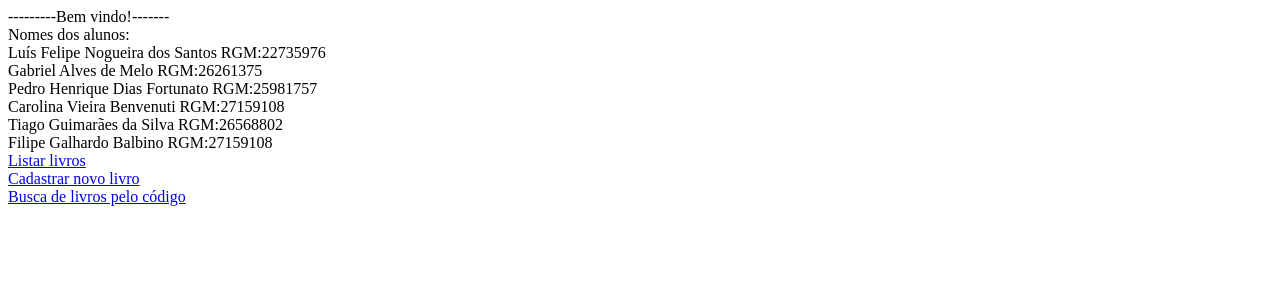
Repository: pedro202100/sistema-de-livros
Page: http://localhost/ProjetoLivrariaClienteServidor/
The author's editor kept a copy of each file at every save. The page is drawn from the files as they stood at one save, then again after the next save.
The browser window is 1280 px wide. The pictures show the whole page.
The page is served by Tomcat 9.

Above is the page before, as saved 2022-11-07 01:40:10.

After the next save:
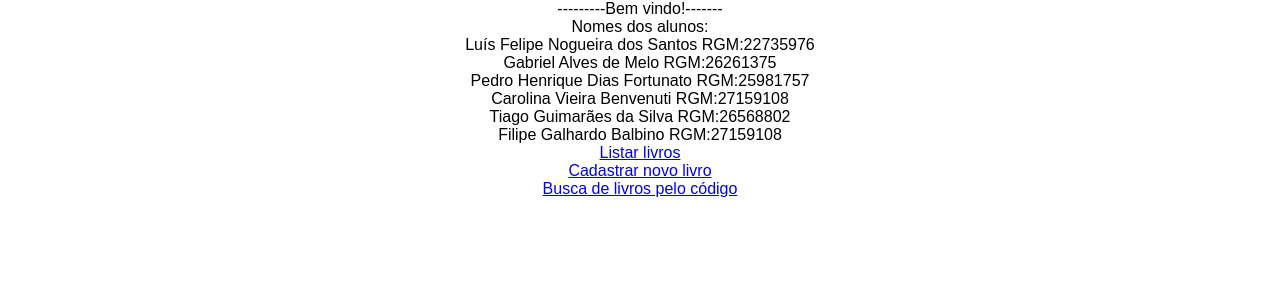
Saved 20 min 31 s later.
--- a/ProjetoLivrariaClienteServidor/src/main/webapp/index.css
+++ b/ProjetoLivrariaClienteServidor/src/main/webapp/index.css
@@ -1,5 +1,47 @@
 @charset "UTF-8";
 
-body{
+* {
+  margin: 0;
+  padding: 0;
+  border: box-sizing;
+  font-family: sans-serif;
+  text-align: center;
+}
 
+header {
+  font-size: 25px;
 }
+
+.divisor {
+  border: 5px solid;
+  border-top: none;
+  border-left: none;
+  border-right: none;
+  margin-top: 30px;
+  margin-bottom: 20px;
+}
+
+article {
+  margin: 10px 0 0 10px;
+}
+p {
+  margin-top: 5px;
+}
+
+.RGM {
+  font-weight: bold;
+}
+
+.links {
+  display: flex;
+  flex-direction: column;
+  justify-content: space-between;
+  margin-top: 50px;
+}
+
+.links a {
+  margin-bottom: 30px;
+  text-decoration: none;
+  outline: none;
+  color: #f55145;
+}
